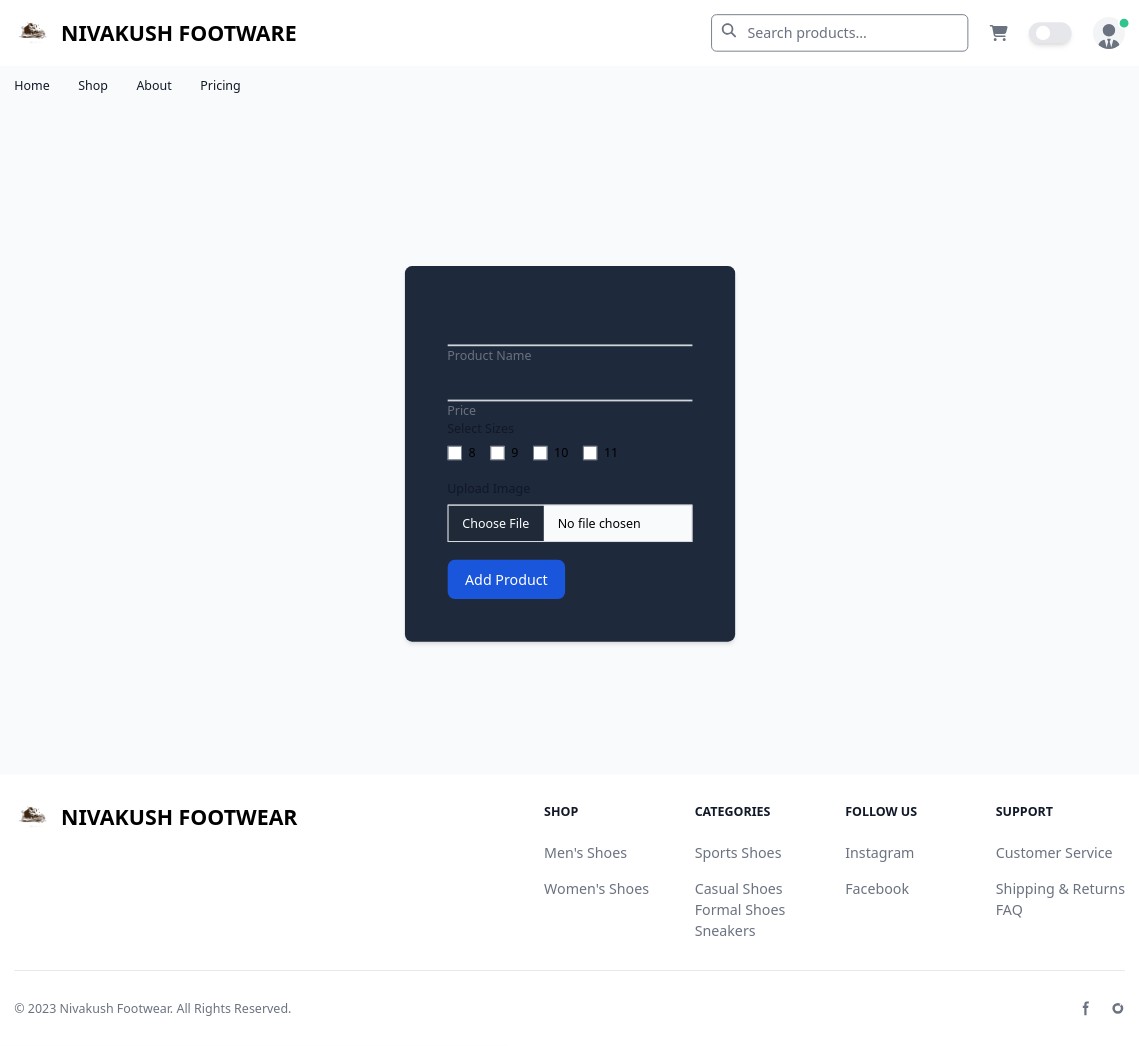
Repository: sibi24sibi/shoe-ecommerce
Page: /admin
The author's editor kept a copy of each file at every save. The page is drawn from the files as they stood at one save, then again after the next save.
The browser window is 1280 px wide. The pictures show the whole page, at 89% of full size.
Some web fonts or font styles are not loaded; a fallback is used. Some web libraries are served in a nearby version. The project was rebuilt for these pictures with package versions that can differ from the ones it lists, and the page was loaded fresh each time. Also part of the build but not shown: vite.config.js, src/Payment.jsx, src/Components/Products.jsx, src/Components/Carosel.jsx, src/Prod-page.jsx, src/Cart-page.jsx, src/ProductInfo.jsx, src/Aboutus.jsx and 3 more.

Above is the page before, as saved 2024-09-12 12:17:03.

### index.html
<!doctype html>
<html lang="en">
  <head>
    <meta charset="UTF-8" />
    <link rel="icon" type="image/svg+xml" href="/vite.svg" />
    <meta name="viewport" content="width=device-width, initial-scale=1.0" />
    <title>Vite + React</title>
    <script src="https://cdn.jsdelivr.net/npm/flowbite@2.5.1/dist/flowbite.min.js"></script>
    <link href="https://cdn.jsdelivr.net/npm/flowbite@2.5.1/dist/flowbite.min.css" rel="stylesheet" />
  </head>
  <body>
    <div id="root"></div>

    <script defer src="https://cdn.jsdelivr.net/npm/alpinejs@3.x.x/dist/cdn.min.js"></script>
    <script type="module" src="/src/main.jsx"></script>
  </body>
</html>

### src/main.jsx
import { StrictMode } from "react";
import { createRoot } from "react-dom/client";
import App from "./App.jsx";
import "./index.css";
import { BrowserRouter } from "react-router-dom";
import ShopContextProvider from "./Context/ShopContext.jsx";

createRoot(document.getElementById("root")).render(
  <BrowserRouter>
    <ShopContextProvider>
      <App />
    </ShopContextProvider>
  </BrowserRouter>
);

### src/App.jsx
import { Route, Routes } from "react-router-dom";
import "./App.css";
import { ToastContainer, toast } from "react-toastify";
import "react-toastify/dist/ReactToastify.css";
import Payment from "./Payment";
import Prodpage from "./Prod-page";
import NavBar from "./Components/NavBar";
import Footer from "./Components/Footer";

import Cartpage from "./Cart-page";
import ProductInfo from "./ProductInfo";
import About from "./Aboutus";
import Pricing from "./Pricing";
import Shop from "./Shop";
import AdminLogin from "./AdminLogin";
import Admin from "./Adminpage";
import ScrollToTop from "./ScrollToTop";

function App() {
  return (
    <>
      <div className="bg-slate-50 dark:bg-slate-950">
        <ToastContainer />

        <NavBar />
        <div className="  mx-auto md:max-w-screen-xl  max-w-screen-sm ">
          <ScrollToTop />
          <Routes>
            <Route path="/" element={<Prodpage />} />
            <Route
              path="/productInfo/:productInfoId"
              element={<ProductInfo />}
            />
            <Route path="/cart" element={<Cartpage />} />

            <Route path="/payment" element={<Payment />} />
            <Route path="/about" element={<About />} />
            <Route path="/pricing" element={<Pricing />} />
            <Route path="/shop" element={<Shop />} />
            <Route path="/login" element={<AdminLogin />} />
            <Route path="/admin" element={<Admin />} />
          </Routes>
        </div>
        <Footer />
      </div>
    </>
  );
}

export default App;

### src/Context/ShopContext.jsx
import React, { createContext, useState, useEffect } from "react";
import { productsdData } from "../assets/assets";
import { toast } from "react-toastify";

export const ShopContext = createContext();

const ShopContextProvider = (props) => {
  const [products, setProducts] = useState(productsdData);
  const [cartItems, setCartItems] = useState(() => {
    const savedCart = localStorage.getItem("cartItems");
    return savedCart ? JSON.parse(savedCart) : {};
  });

  useEffect(() => {
    localStorage.setItem("cartItems", JSON.stringify(cartItems));
  }, [cartItems]);

  useEffect(() => {
    localStorage.setItem("products", JSON.stringify(products));
  }, [products]);

  const addToCart = (itemId, size) => {
    if (!size) {
      toast.error("Select product size");
      return;
    }

    let cartData = structuredClone(cartItems);
    if (cartData[itemId]) {
      if (cartData[itemId][size]) {
        cartData[itemId][size] += 1;
      } else {
        cartData[itemId][size] = 1;
      }
    } else {
      cartData[itemId] = { [size]: 1 };
    }

    setCartItems(cartData);
    toast.success("Added to cart");
  };

  const addNewProduct = (newProduct) => {
    setProducts((prevProducts) => [...prevProducts, newProduct]);
    toast.success("New product added!");
  };

  const incrementQuantity = (itemId, size) => {
    let cartData = structuredClone(cartItems);
    if (cartData[itemId]) {
      if (cartData[itemId][size]) {
        cartData[itemId][size] += 1;
      } else {
        cartData[itemId][size] = 1;
      }
      setCartItems(cartData);
    }
  };

  const decrementQuantity = (itemId, size) => {
    let cartData = structuredClone(cartItems);
    if (cartData[itemId] && cartData[itemId][size]) {
      if (cartData[itemId][size] > 1) {
        cartData[itemId][size] -= 1;
      } else {
        delete cartData[itemId][size];
        if (Object.keys(cartData[itemId]).length === 0) {
          delete cartData[itemId];
        }
      }
      setCartItems(cartData);
    }
  };

  const deleteItem = (itemId, size) => {
    let cartData = structuredClone(cartItems);
    if (cartData[itemId] && cartData[itemId][size]) {
      delete cartData[itemId][size];
      if (Object.keys(cartData[itemId]).length === 0) {
        delete cartData[itemId];
      }
      setCartItems(cartData);
    }
  };

  const getCartCount = () => {
    let totalCount = 0;
    for (const item in cartItems) {
      for (const size in cartItems[item]) {
        totalCount += cartItems[item][size];
      }
    }
    return totalCount;
  };

  return (
    <ShopContext.Provider
      value={{
        products,
        cartItems,
        addToCart,
        addNewProduct,
        incrementQuantity,
        decrementQuantity,
        deleteItem,
        getCartCount,
      }}
    >
      {props.children}
    </ShopContext.Provider>
  );
};

export default ShopContextProvider;

### src/App.css
@import url('https://fonts.googleapis.com/css2?family=Playwrite+CU:wght@100..400&family=Unlock&display=swap');
.sticky-top {
    position: -webkit-sticky;
    position: sticky;
    top: 0;
    z-index: 1020;
}



.carosel-caption {
  font-family: "Unlock", serif;
  font-weight: 100;
  font-style: normal;
  letter-spacing:2px;
}

@media (max-width: 768px) {
    .Toastify__toast-container {
      top: auto !important;
      bottom: 0 !important;

    }
  }

### src/Components/NavBar.jsx
import { useState, useEffect, useContext } from "react";
import { FontAwesomeIcon } from "@fortawesome/react-fontawesome";
import {
  faCartShopping,
  faMoon,
  faSun,
  faSearch,
  faUserTie,
  faUser,
} from "@fortawesome/free-solid-svg-icons";
import { NavLink } from "react-router-dom";
import { assets } from "../assets/assets";
import { ShopContext } from "../Context/ShopContext";

function NavBar() {
  const [darkTheme, setDarkTheme] = useState(false);

  useEffect(() => {
    if (darkTheme) {
      document.documentElement.classList.add("dark");
    } else {
      document.documentElement.classList.remove("dark");
    }
  }, [darkTheme]);

  const toggleTheme = () => {
    setDarkTheme((prevTheme) => !prevTheme);
  };

  const { getCartCount } = useContext(ShopContext);

  return (
    <div className="mb-8 sticky-top">
      {/* Top Navbar */}
      <nav className="bg-white border-gray-200 dark:bg-gray-900">
        <div className="flex flex-wrap justify-between items-center mx-auto max-w-screen-2xl p-4">
          <a
            href="#"
            className="flex items-center space-x-3 rtl:space-x-reverse"
          >
            <img src={assets.Logo} className="h-8" alt="Shop Logo" />
            <span className="self-center text-xs/[0.2555rem] uppercase md:text-2xl    md:font-semibold  font-normal whitespace-nowrap dark:text-white">
              Nivakush Footware
            </span>
          </a>
          <div className="flex items-center space-x-6 rtl:space-x-reverse">
            {/* Search Bar */}
            <div className="relative hidden sm:block">
              <input
                type="text"
                placeholder="Search products..."
                className="pl-10 pr-4 py-2 border rounded-md dark:bg-gray-800 dark:text-white"
              />
              <FontAwesomeIcon
                icon={faSearch}
                className="absolute left-3 top-2.5 text-gray-500 dark:text-gray-400"
              />
            </div>

            <NavLink
              to="/cart"
              className="    text-gray-500 dark:text-white hover:underline relative"
            >
              <div className="flex items-center relative">
                <FontAwesomeIcon
                  icon={faCartShopping}
                  className=" text-sm md:text-lg"
                />
                {getCartCount() > 0 && (
                  <span className="absolute -top-1 -right-2 bg-red-500 text-white text-xs rounded-full w-4 h-4 flex items-center justify-center">
                    {getCartCount()}
                  </span>
                )}
              </div>
            </NavLink>

            <button
              onClick={toggleTheme}
              className="relative inline-flex items-center  text-sm md:text-lg p-1 bg-gray-200 dark:bg-gray-600 rounded-full md:w-12 md:h-6 w-6   h-3 transition-colors duration-300 focus:outline-none shadow-md"
            >
              <span
                className={`absolute inline-block md:w-4 md:h-4 w-2 h-2 bg-white dark:bg-gray-300 rounded-full transition-transform transform ${
                  darkTheme
                    ? "translate-x-3 md:translate-x-6"
                    : "translate-x-0 md:translate-x-1"
                }`}
              />
              <span className="sr-only">Toggle Theme</span>
            </button>

            <NavLink
              to="/login "
              className="text-sm text-gray-500   md:text-lg dark:text-white hover:underline"
            >
              <div className="relative">
                <div className="relative md:w-9 md:h-9 w-5  h-5 text-center overflow-hidden bg-gray-100 rounded-full dark:bg-gray-600">
                  <FontAwesomeIcon
                    icon={faUserTie}
                    className=" md:w-7 md:h-7   translate-y-[0.15rem] md:translate-y-2"
                  />
                </div>
                <span className="top-0 left-4 absolute   w-2 h-2 bg-green-400 border-2 border-white dark:border-gray-800  block md:hidden rounded-full"></span>
                <span className="top-0 left-7 absolute  w-3.5 h-3.5 bg-green-400 border-2 border-white dark:border-gray-800  hidden md:block rounded-full"></span>
              </div>
            </NavLink>
          </div>
        </div>
      </nav>

      {/* Bottom Navbar */}
      <nav className="bg-gray-50 dark:bg-gray-700 sticky top-0 z-50">
        <div className="max-w-screen-xl px-4 py-3 mx-auto">
          <ul className="flex flex-row font-medium mt-0 space-x-8 rtl:space-x-reverse text-sm">
            <li>
              <NavLink
                to="/"
                className="text-gray-900 dark:text-white hover:underline"
                aria-current="page"
              >
                Home
              </NavLink>
            </li>
            <li>
              <NavLink
                to="/shop"
                className="text-gray-900 dark:text-white hover:underline"
              >
                Shop
              </NavLink>
            </li>
            <li>
              <NavLink
                to="/about"
                className="text-gray-900 dark:text-white hover:underline"
              >
                About
              </NavLink>
            </li>
            <li>
              <NavLink
                to="/pricing"
                className="text-gray-900 dark:text-white hover:underline"
              >
                Pricing
              </NavLink>
            </li>
          </ul>
        </div>
      </nav>
    </div>
  );
}

export default NavBar;

### src/Components/Footer.jsx
import React from "react";
import { assets } from "../assets/assets";

function Footer() {
  return (
    <>
      <footer className="bg-white dark:bg-gray-900">
        <div className="mx-auto w-full max-w-screen p-4 py-6 lg:py-8">
          <div className="md:flex md:justify-between">
            <div className="mb-6 md:mb-0">
              <a href="/" className="flex items-center">
                <img
                  src={assets.Logo}
                  className="h-8 me-3"
                  alt="Nivakush Logo"
                />
                <span className="self-center text-sm uppercase md:text-2xl font-semibold whitespace-nowrap dark:text-white">
                  Nivakush Footwear
                </span>
              </a>
            </div>
            <div className="grid grid-cols-2 gap-8 sm:gap-6 sm:grid-cols-4">
              <div>
                <h2 className="mb-6 text-sm font-semibold text-gray-900 uppercase dark:text-white">
                  Shop
                </h2>
                <ul className="text-gray-500 dark:text-gray-400 font-medium">
                  <li className="mb-4">
                    <a href="#" className="hover:underline">
                      Men's Shoes
                    </a>
                  </li>
                  <li>
                    <a href="#" className="hover:underline">
                      Women's Shoes
                    </a>
                  </li>
                </ul>
              </div>
              <div>
                <h2 className="mb-6 text-sm font-semibold text-gray-900 uppercase dark:text-white">
                  Categories
                </h2>
                <ul className="text-gray-500 dark:text-gray-400 font-medium">
                  <li className="mb-4">
                    <a href="#" className="hover:underline">
                      Sports Shoes
                    </a>
                  </li>
                  <li>
                    <a href="#" className="hover:underline">
                      Casual Shoes
                    </a>
                  </li>
                  <li>
                    <a href="#" className="hover:underline">
                      Formal Shoes
                    </a>
                  </li>
                  <li>
                    <a href="#" className="hover:underline">
                      Sneakers
                    </a>
                  </li>
                </ul>
              </div>
              <div>
                <h2 className="mb-6 text-sm font-semibold text-gray-900 uppercase dark:text-white">
                  Follow us
                </h2>
                <ul className="text-gray-500 dark:text-gray-400 font-medium">
                  <li className="mb-4">
                    <a href="#" className="hover:underline">
                      Instagram
                    </a>
                  </li>
                  <li>
                    <a href="#" className="hover:underline">
                      Facebook
                    </a>
                  </li>
                </ul>
              </div>

              <div>
                <h2 className="mb-6 text-sm font-semibold text-gray-900 uppercase dark:text-white">
                  Support
                </h2>
                <ul className="text-gray-500 dark:text-gray-400 font-medium">
                  <li className="mb-4">
                    <a href="#" className="hover:underline">
                      Customer Service
                    </a>
                  </li>
                  <li>
                    <a href="#" className="hover:underline">
                      Shipping & Returns
                    </a>
                  </li>
                  <li>
                    <a href="#" className="hover:underline">
                      FAQ
                    </a>
                  </li>
                </ul>
              </div>
            </div>
          </div>
          <hr className="my-6 border-gray-200 sm:mx-auto dark:border-gray-700 lg:my-8" />
          <div className="sm:flex sm:items-center sm:justify-between">
            <span className="text-sm text-gray-500 sm:text-center dark:text-gray-400">
              © 2023 Nivakush Footwear. All Rights Reserved.
            </span>
            <div className="flex mt-4 sm:justify-center sm:mt-0">
              <a
                href="#"
                className="text-gray-500 hover:text-gray-900 dark:hover:text-white"
              >
                <svg
                  className="w-4 h-4"
                  aria-hidden="true"
                  xmlns="http://www.w3.org/2000/svg"
                  fill="currentColor"
                  viewBox="0 0 8 19"
                >
                  <path
                    fillRule="evenodd"
                    d="M6.135 3H8V0H6.135a4.147 4.147 0 0 0-4.142 4.142V6H0v3h2v9.938h3V9h2.021l.592-3H5V3.591A.6.6 0 0 1 5.592 3h.543Z"
                    clipRule="evenodd"
                  />
                </svg>
                <span className="sr-only">Facebook page</span>
              </a>
              <a
                href="#"
                className="text-gray-500 hover:text-gray-900 dark:hover:text-white ms-5"
              >
                <svg
                  className="w-4 h-4"
                  aria-hidden="true"
                  xmlns="http://www.w3.org/2000/svg"
                  fill="currentColor"
                  viewBox="0 0 20 20"
                >
                  <path
                    fillRule="evenodd"
                    d="M10 2.3A7.7 7.7 0 1 0 17.7 10 7.7 7.7 0 0 0 10 2.3Zm4.2 7.7a4.2 4.2 0 1 1-8.4 0 4.2 4.2 0 0 1 8.4 0ZM15 5a1.25 1.25 0 1 1-2.5 0A1.25 1.25 0 0 1 15 5Z"
                    clipRule="evenodd"
                  />
                </svg>
                <span className="sr-only">Instagram page</span>
              </a>
            </div>
          </div>
        </div>
      </footer>
    </>
  );
}

export default Footer;

### src/Adminpage.jsx
import React, { useContext, useState } from "react";
import { ShopContext } from "./Context/ShopContext"; // Import the context

function AddProductForm() {
  const { addNewProduct } = useContext(ShopContext); // Get the addNewProduct function from context

  const [productName, setProductName] = useState("");
  const [price, setPrice] = useState("");
  const [selectedSizes, setSelectedSizes] = useState([]);
  const [image, setImage] = useState(null);

  const handleSizeChange = (e) => {
    const size = e.target.value;
    setSelectedSizes((prevSizes) =>
      prevSizes.includes(size)
        ? prevSizes.filter((s) => s !== size)
        : [...prevSizes, size]
    );
  };

  const generateRandomId = () => {
    return Math.floor(Math.random() * 1000000) + Date.now();
  };

  const handleImageUpload = (e) => {
    setImage(e.target.files[0]);
  };

  const handleSubmit = (e) => {
    e.preventDefault();
    const newProduct = {
      _id: generateRandomId(),
      name: productName,
      image: image ? URL.createObjectURL(image) : null,
      price: parseFloat(price),
      size: selectedSizes,
      description:
        "This shoe is made with a breathable cushioning for comfort and support. It's designed for indoor use, perfect for play or sports.",
      rating: 4.5,
      reviews: 120,
      brand: "Gazelle",
      manufacturingDetails: {
        country: "China",
        material: "Synthetic, Rubber",
        year: "2023",
      },
      warranty: "6 months manufacturer warranty",
      additionalFeatures: [
        "Chunky sole for added style",
        "Synthetic upper with bold color blocks",
        "Rubber outsole for durability",
      ],
    };

    addNewProduct(newProduct); // Add the product to the context
  };

  return (
    <div className="flex justify-center items-center h-screen">
      <form
        className="max-w-md  bg-slate-800 p-12 mx-8  rounded-lg shadow-md"
        onSubmit={handleSubmit}
      >
        <div className="relative z-0 w-full mb-5 group">
          <input
            type="text"
            name="product_name"
            id="product_name"
            className="block py-2.5  w-full text-sm dark:text-gray-100 px-2 text-gray-900 bg-transparent border-0 border-b-2 border-gray-300"
            placeholder=" "
            value={productName}
            onChange={(e) => setProductName(e.target.value)}
            required
          />
          <label
            htmlFor="product_name"
            className="absolute text-sm text-gray-500"
          >
            Product Name
          </label>
        </div>

        <div className="relative z-0 w-full mb-5 group">
          <input
            type="number"
            name="price"
            id="price"
            className="block py-2.5  w-full text-sm dark:text-gray-100 px-2 text-gray-900 bg-transparent border-0 border-b-2 border-gray-300"
            placeholder=" "
            value={price}
            onChange={(e) => setPrice(e.target.value)}
            required
          />
          <label htmlFor="price" className="absolute text-sm text-gray-500">
            Price
          </label>
        </div>

        <div className="mb-5">
          <label className="block text-sm font-medium dark:text-gray-100  text-gray-900 mb-2">
            Select Sizes
          </label>
          <div className="flex gap-4">
            {["8", "9", "10", "11"].map((size) => (
              <div key={size} className="flex items-center">
                <input
                  type="checkbox"
                  id={`size_${size}`}
                  value={size}
                  onChange={handleSizeChange}
                  className="mr-2"
                />
                <label
                  htmlFor={`size_${size}`}
                  className="text-sm dark:text-gray-100 "
                >
                  {size}
                </label>
              </div>
            ))}
          </div>
        </div>

        <div className="mb-5">
          <label className="block text-sm font-medium text-gray-900 mb-2 dark:text-gray-100 ">
            Upload Image
          </label>
          <input
            type="file"
            accept="image/*"
            onChange={handleImageUpload}
            className="block w-full text-sm bg-gray-50 border border-gray-300"
          />
        </div>

        <button
          type="submit"
          className="text-white bg-blue-700 hover:bg-blue-800 px-5 py-2.5 rounded-lg"
        >
          Add Product
        </button>
      </form>
    </div>
  );
}

export default AddProductForm;

Loaded but not shown: src/index.css (common file); src/ScrollToTop.js (common file); tailwind.config.js (common file); src/assets/assets.js (313 lines, source omitted)

After the next save:
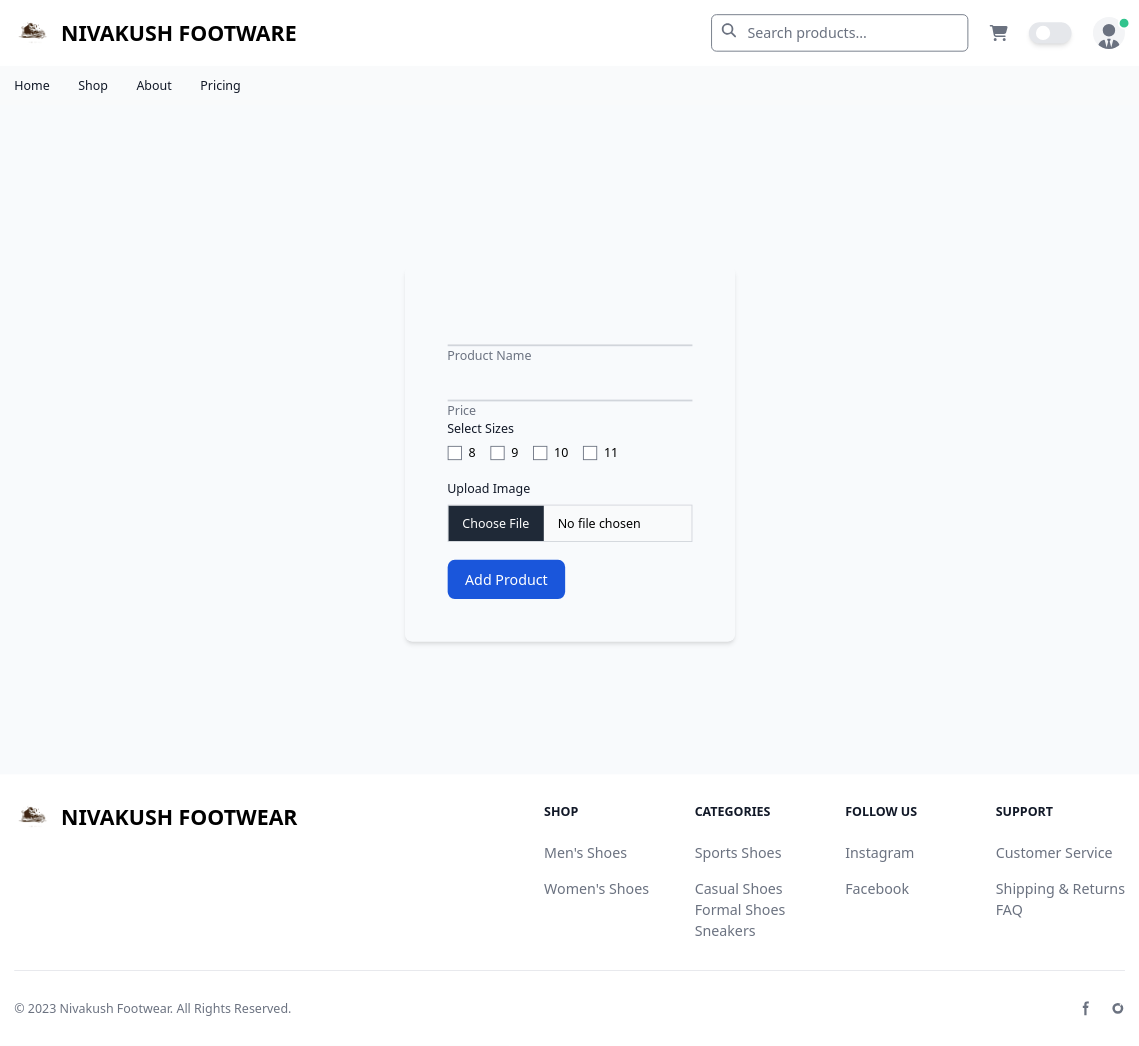
Saved 10 s later.
--- a/src/Adminpage.jsx
+++ b/src/Adminpage.jsx
@@ -58,7 +58,7 @@ function AddProductForm() {
   return (
     <div className="flex justify-center items-center h-screen">
       <form
-        className="max-w-md  bg-slate-800 p-12 mx-8  rounded-lg shadow-md"
+        className="max-w-md  dark:bg-slate-800 p-12 mx-8  rounded-lg shadow-md "
         onSubmit={handleSubmit}
       >
         <div className="relative z-0 w-full mb-5 group">
